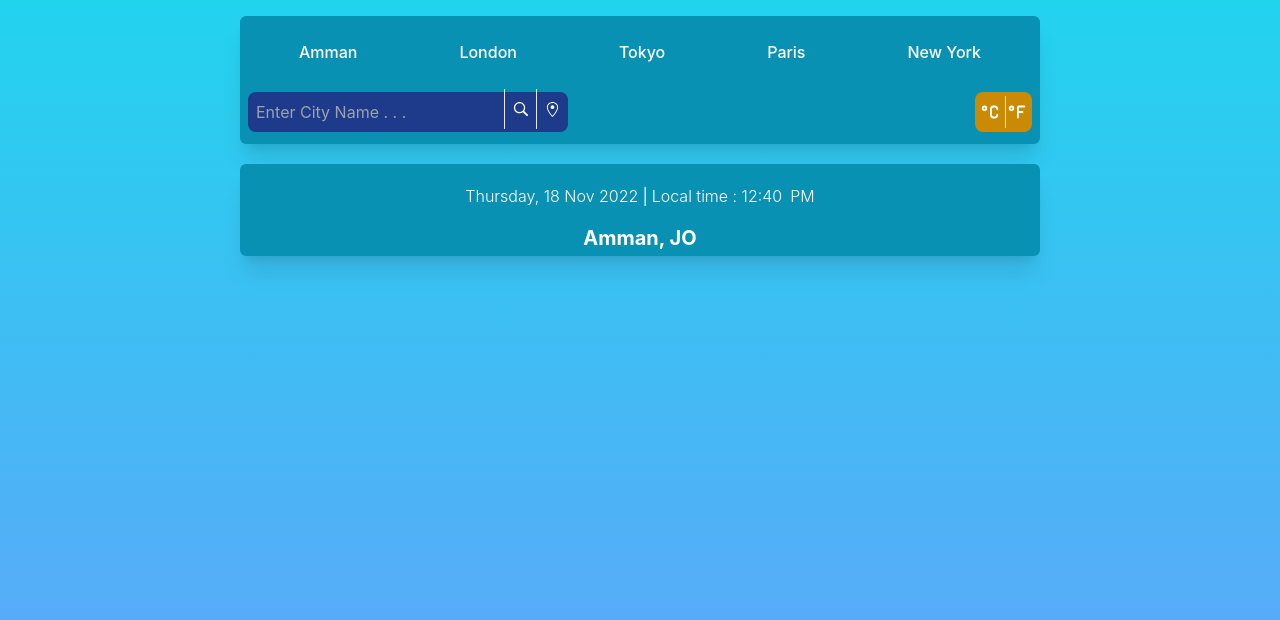
Repository: SaadYasin/next-js-forecast-tailwind
Page: /
These files come from the project's save history. The page is drawn as it stood at one moment and after the next save; the edit follows.
The browser window is 1280 px wide. The pictures show the whole page.
The project was rebuilt for these pictures with package versions that can differ from the ones it lists, and the page was loaded fresh each time. The framework's server and built-in components were replaced by stand-ins that run in the browser.

Above is the page before, as saved 2022-11-18 22:00:25.

### pages/index.js
import Head from 'next/head';
import TopButtons from '../components/TopButtons';
import Input from '../components/Input';
import MainCard from '../components/MainCard';

export default function Home() {
  return (
    <div>
      <Head>
        <title>Create Next App</title>
      </Head>
      <div className="bg-gradient-to-b from-cyan-400 to-blue-400 h-screen py-4">
        <div className="text-white w-[22.5rem] md:w-3/4 lg:w-[50rem] bg-cyan-600 h-32 mx-auto px-2 rounded-md shadow-xl">
          <TopButtons />

          <Input />

          <MainCard />
        </div>
      </div>
    </div>
  );
}

### styles/globals.css
@tailwind base;
@tailwind components;
@tailwind utilities;

* {
  padding: 0;
  margin: 0;
  box-sizing: border-box;
}

html,
body {
  font-family: -apple-system, BlinkMacSystemFont, Segoe UI, Roboto, Oxygen,
    Ubuntu, Cantarell, Fira Sans, Droid Sans, Helvetica Neue, sans-serif;
}

### components/TopButtons.js
const TopButtons = () => {

  const cities = [
    {
      id: 1,
      name: "Amman"
    },
    {
      id: 2,
      name: "London"
    },
    {
      id: 3,
      name: "Tokyo"
    },
    {
      id: 4,
      name: "Paris"
    },
    {
      id: 5,
      name: "New York"
    },
  ]

  return (
    <div className="flex items-center justify-around ">
      { cities.map((city) => (
        <button key={city.id} className="text-md font-medium my-6">{ city.name }</button>
      ))}
    </div>

  )
};

export default TopButtons;

### components/Input.js
import { GoSearch, GoLocation } from 'react-icons/go';
import { TbTemperatureCelsius, TbTemperatureFahrenheit } from 'react-icons/tb';

const Input = () => {

  return (
    <div className="flex items-center justify-between mt-1">
      <form className="flex items-center rounded-lg bg-blue-900 h-10">
        <input type="text" placeholder="Enter city name . . ." className="bg-transparent focus:outline-none pl-2 capitalize"/>

        <div>
        <button className="px-2 border-l h-10 transition ease-out hover:bg-yellow-600"><GoSearch size={15}/></button>
        <button className="px-2 border-l h-10 transition ease-out hover:bg-yellow-600"><GoLocation size={15}/></button>
        </div>

        </form>

        <div className="flex font-medium text-md bg-yellow-600 h-10 rounded-lg p-1">
        <button  name="metric" className="border-r pr-1"><TbTemperatureCelsius size={22} /></button>
        <button name="imperial" ><TbTemperatureFahrenheit size={22}/></button>
        </div>
    </div>

  )
}

export default Input;

### components/MainCard.js
import TimeAndDate from './TimeAndDate'
import Location from './Location';

const MainCard = () => {

  return (
    <div className="flex flex-col items-center">

    <div className="text-white w-[22.5rem] md:w-3/4 lg:w-[50rem] bg-cyan-600 h-max-content p-1 mt-8 rounded-md shadow-xl">
      <TimeAndDate />
      <Location />

      </div>
    </div>


  )
};

export default MainCard;

### components/TimeAndDate.js
const TimeAndDate = () => {
  return (
    <div className="flex justify-center gap-1 px-2 pt-4 text-base">
      <h3 className="font-light">Thursday, 18 Nov 2022</h3>
      <p>|</p>
      <h3 className="font-light">
        Local time : 12:40<span className="ml-2">PM</span>
      </h3>
    </div>
  );
};

export default TimeAndDate;

### components/Location.js
const Location = () => {

  return (
    <div>
      <h1 className="text-center mt-4 text-xl font-bold">Amman, JO</h1>
    </div>

  )
};

export default Location;

Loaded but not shown: pages/_app.js (common file); tailwind.config.js (common file)

After the next save:
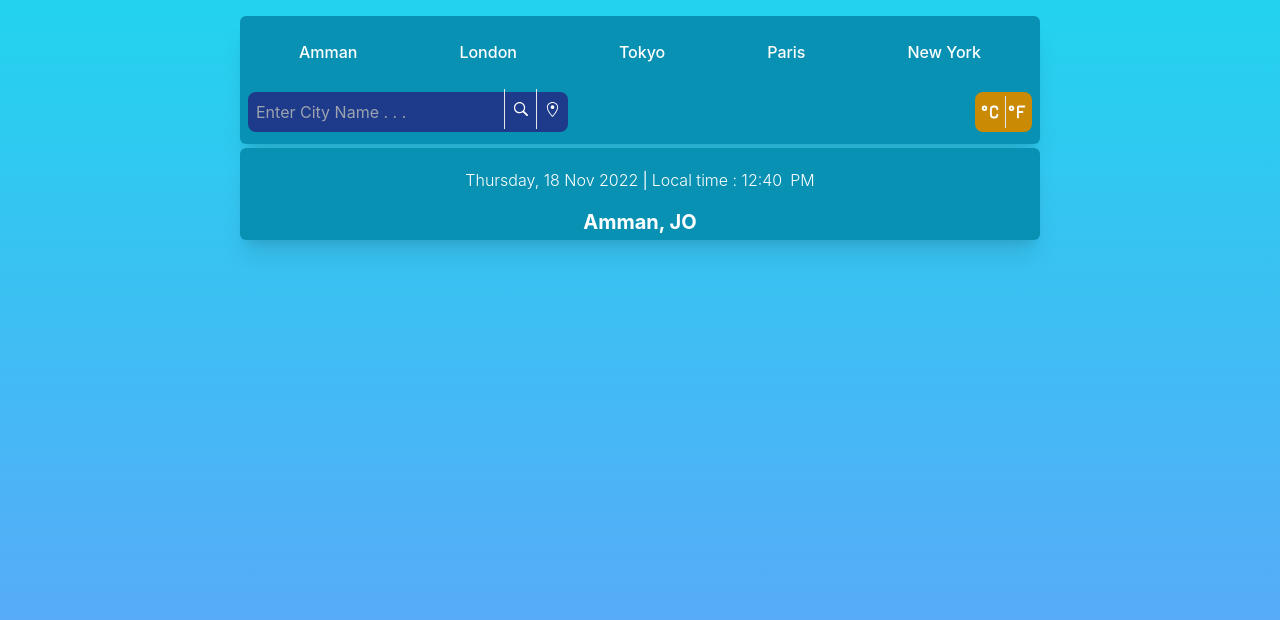
Saved 42 s later.
--- a/components/MainCard.js
+++ b/components/MainCard.js
@@ -6,7 +6,7 @@ const MainCard = () => {
   return (
     <div className="flex flex-col items-center">
 
-    <div className="text-white w-[22.5rem] md:w-3/4 lg:w-[50rem] bg-cyan-600 h-max-content p-1 mt-8 rounded-md shadow-xl">
+    <div className="text-white w-[22.5rem] md:w-3/4 lg:w-[50rem] bg-cyan-600 h-max-content p-1 mt-4 rounded-md shadow-xl">
       <TimeAndDate />
       <Location />
 
